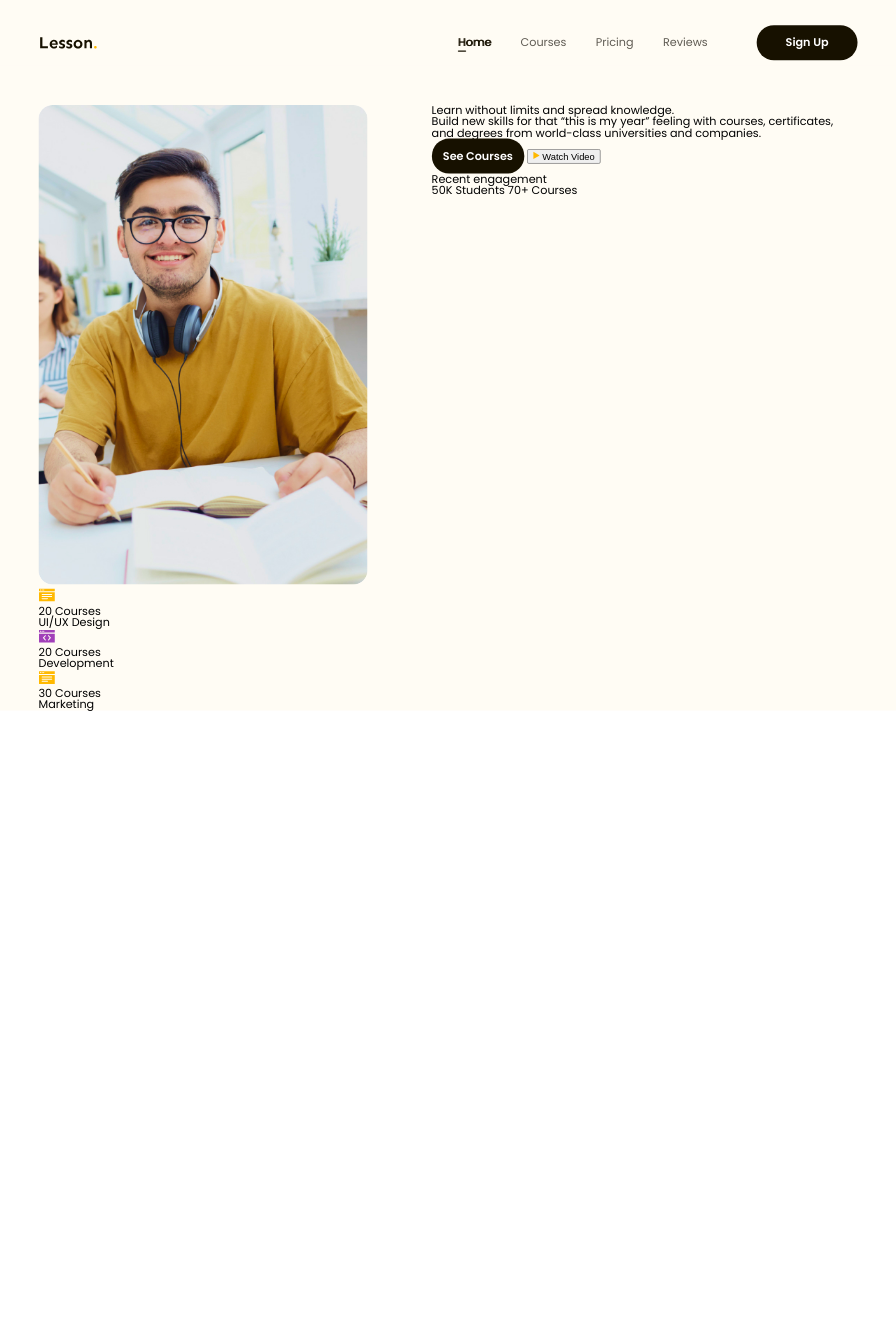
Repository: Tibi2003/f8-htmlcss-02
Page: index.html
The author's editor kept a copy of each file at every save. The page is drawn from the files as they stood at one save, then again after the next save.
The browser window is 1280 px wide. The pictures show the part of the page from y = 0 to 1920 px (the page is 5000 px tall), at 70% of full size.

Above is the page before, as saved 2024-03-07 09:42:04.

### index.html
<!DOCTYPE html>
<html lang="en">
	<head>
		<meta charset="UTF-8" />
		<meta name="viewport" content="width=device-width, initial-scale=1.0" />
		<title>F8 Project 02</title>
		<!-- Reset CSS -->
		<link rel="stylesheet" href="./assets/css/reset.css" />
		<!-- Embed fonts -->
		<link rel="preconnect" href="https://fonts.googleapis.com" />
		<link rel="preconnect" href="https://fonts.gstatic.com" crossorigin />
		<link
			href="https://fonts.googleapis.com/css2?family=Poppins:ital,wght@0,100;0,200;0,300;0,400;0,500;0,600;0,700;0,800;0,900;1,100;1,200;1,300;1,400;1,500;1,600;1,700;1,800;1,900&family=Sen:wght@400..800&display=swap"
			rel="stylesheet" />
		<!-- Styles -->
		<link rel="stylesheet" href="./assets/css/styles.css" />
	</head>
	<body>
		<main style="height: 5000px">
			<!-- Header -->
			<header class="header fixed">
				<div class="main-content">
					<div class="body">
						<!-- Logo -->
						<img
							src="./assets/img/logo.svg"
							alt="Lesson."
							class="logo" />

						<!-- Nav -->
						<nav class="nav">
							<ul>
								<li class="active">
									<a href="#!">Home</a>
								</li>
								<li>
									<a href="#!">Courses</a>
								</li>
								<li>
									<a href="#!">Pricing</a>
								</li>
								<li>
									<a href="#!">Reviews</a>
								</li>
							</ul>
						</nav>

						<!-- Action -->
						<div class="action">
							<a href="#!" class="btn sign-up-btn">Sign Up</a>
						</div>
					</div>
				</div>
			</header>

			<!-- Hero -->
			<div class="hero">
				<div class="main-content">
					<div class="body">
						<!-- Hero left -->
						<div class="media-block">
							<img
								src="./assets/img/hero-img.jpg"
								alt="Learn without limits and spread knowledge."
								class="img" />

							<div class="hero-summary">
								<div class="item">
									<div class="icon">
										<img
											src="./assets/icons/list.svg"
											alt="" />
									</div>
									<div class="info">
										<p class="label">20 Courses</p>
										<p class="title">UI/UX Design</p>
									</div>
								</div>
								<div class="item">
									<div class="icon">
										<img
											src="./assets/icons/code.svg"
											alt="" />
									</div>
									<div class="info">
										<p class="label">20 Courses</p>
										<p class="title">Development</p>
									</div>
								</div>
								<div class="item">
									<div class="icon">
										<img
											src="./assets/icons/list.svg"
											alt="" />
									</div>
									<div class="info">
										<p class="label">30 Courses</p>
										<p class="title">Marketing</p>
									</div>
								</div>
							</div>
						</div>

						<!-- Hero right -->
						<div class="content-block">
							<h1 class="heading">
								Learn without limits and spread knowledge.
							</h1>
							<p class="desc">
								Build new skills for that “this is my year”
								feeling with courses, certificates, and degrees
								from world-class universities and companies.
							</p>
							<div class="cta-group">
								<a href="#!" class="btn">See Courses</a>
								<button class="watch-video">
									<div class="icon">
										<img
											src="./assets/icons/play.svg"
											alt="" />
										<span>Watch Video</span>
									</div>
								</button>
							</div>
							<p class="desc">Recent engagement</p>
							<p class="desc">
								<strong>50K</strong> Students
								<strong>70+</strong> Courses
							</p>
						</div>
					</div>
				</div>
			</div>
		</main>
	</body>
</html>

### assets/css/styles.css
* {
	box-sizing: border-box;
}

html {
	font-size: 62.5%;
}

body {
	font-size: 1.6rem;
	font-family: "Poppins", sans-serif;
}

/* Common */
.main-content {
	width: 1170px;
	max-width: calc(100% - 48px);
	margin-left: auto;
	margin-right: auto;
}

a {
	text-decoration: none;
}

.btn {
	display: inline-block;
	min-width: 118px;
	padding: 0 16px;
	line-height: 50px;
	color: #fff;
	text-align: center;
	font-size: 1.6rem;
	font-weight: 600;
	border-radius: 24.5px;
	background: #171100;
}

/* Header */
.header {
	background: #fffcf4;
}

.header.fixed {
	position: sticky;
	top: -28px;
}

.header .body {
	display: flex;
	align-items: center;
	padding: 36px 0 8px;
}

.nav {
	margin-left: auto;
}

.nav ul {
	display: flex;
}

.nav a {
	position: relative;
	padding: 8px 21px;
	color: #5f5b53;
	font-size: 1.6rem;
}

.nav a:hover,
.nav li.active a {
	/* font-weight: 600; */
	text-shadow: 1px 0 0 currentColor;
	color: #171100;
}

.nav li.active a::after {
	position: absolute;
	left: 21px;
	bottom: 6px;
	content: "";
	display: block;
	width: 12px;
	height: 2px;
	border-radius: 1px;
	background: #171100;
}

.header .sign-up-btn {
	min-width: 144px;
}

.header .action {
	margin-left: 49px;
}

/* Hero */
.hero {
	padding-top: 56px;
	background: #fffcf4;
}

.hero .body {
	display: flex;
}

.hero .media-block {
	width: 48%;
}

.hero .media-block .img {
	width: 470px;
	height: 685px;
	object-fit: cover;
	border-radius: 20px;
}

.hero .content-block {
	width: 52%;
}

Loaded but not shown: assets/css/reset.css (common file)

After the next save:
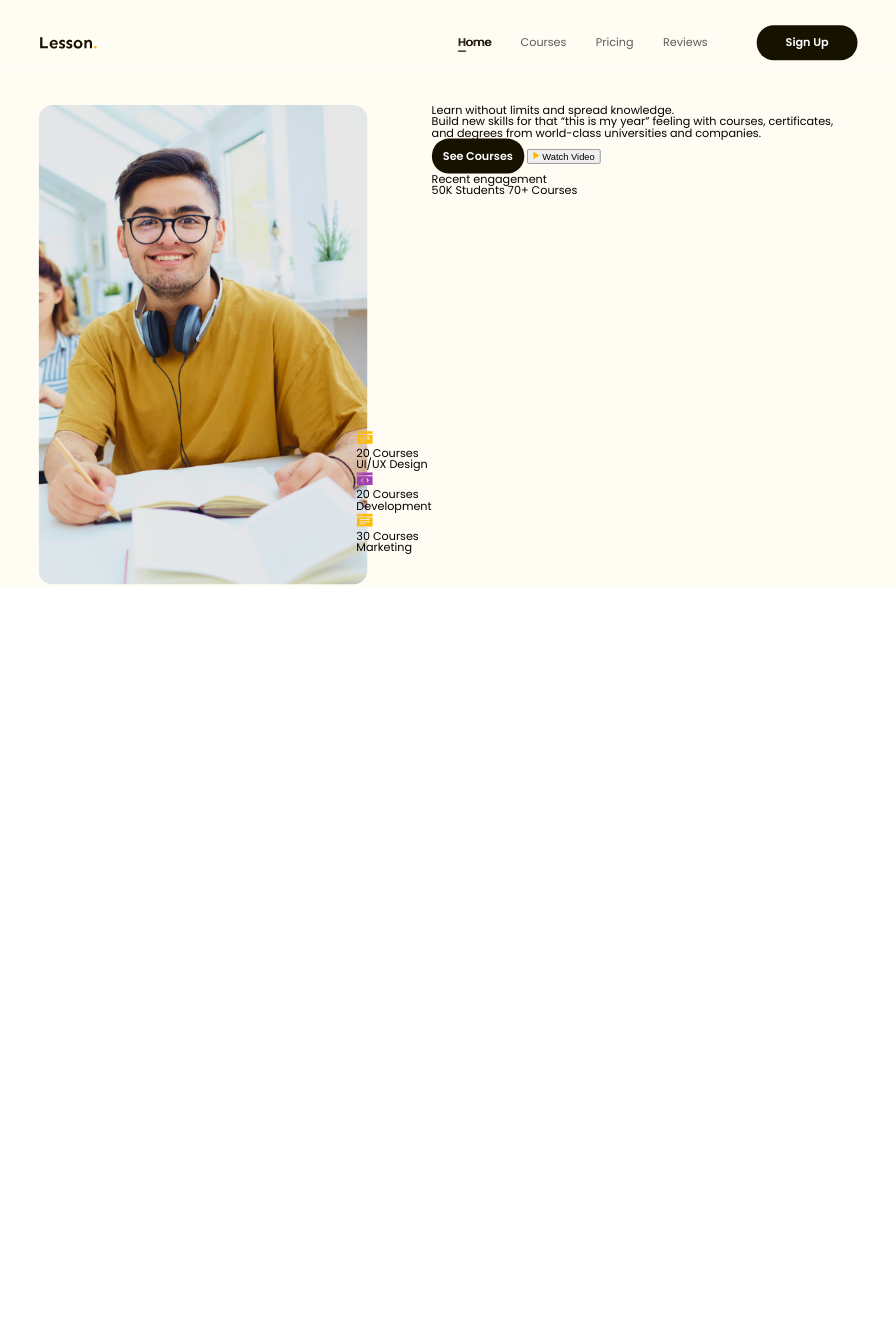
Saved 80 s later.
--- a/assets/css/styles.css
+++ b/assets/css/styles.css
@@ -105,6 +105,7 @@ a {
 }
 
 .hero .media-block {
+	position: relative;
 	width: 48%;
 }
 
@@ -115,6 +116,12 @@ a {
 	border-radius: 20px;
 }
 
+.hero-summary {
+	position: absolute;
+	right: 0;
+	bottom: 48px;
+}
+
 .hero .content-block {
 	width: 52%;
 }
